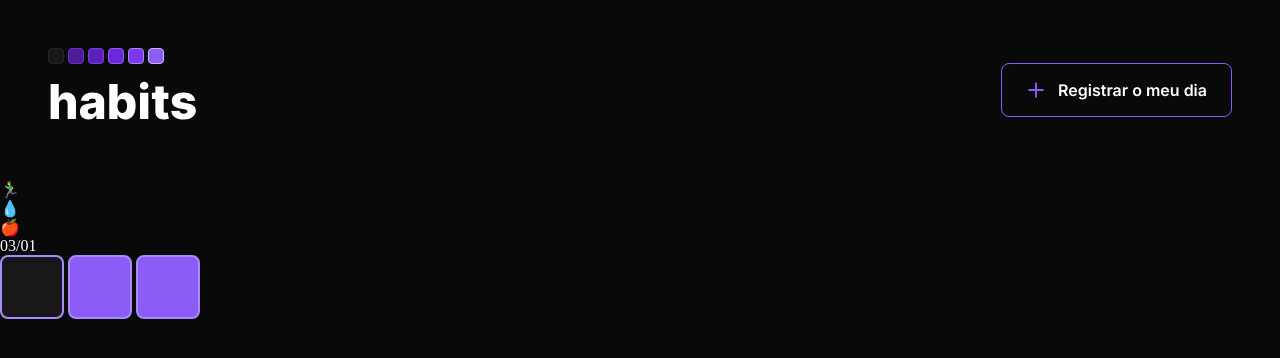
Repository: AntonyCosta/nlw-setup
Page: index.html
An editor plug-in stored every save of this project. The page is shown before and after the next save, followed by the edit.
The browser window is 1280 px wide. The pictures show the whole page.

Above is the page before, as saved 2023-01-18 03:47:17.

### index.html
<!DOCTYPE html>
<html lang="pt-br">
  <head>
    <meta charset="UTF-8" />
    <meta http-equiv="X-UA-Compatible" content="IE=edge" />
    <meta name="viewport" content="width=device-width, initial-scale=1.0" />
    <link rel="preconnect" href="https://fonts.googleapis.com" />
    <link rel="preconnect" href="https://fonts.gstatic.com" crossorigin />
    <link
      href="https://fonts.googleapis.com/css2?family=Inter:wght@600&display=swap"
      rel="stylesheet"
    />
    <link rel="stylesheet" href="style.css" />
    <title>Habits</title>
  </head>
  <body>
    <header>
      <img src="./assets/logo.svg" alt="" />
      <button>
        <img src="./assets/plus.svg" alt="" />
        Registrar o meu dia
      </button>
    </header>

    <form>
      <div class="habits">
        <div class="habit">🏃‍♂️</div>
        <div class="habit">💧</div>
        <div class="habit">🍎</div>
      </div>

      <div class="days">
        <div class="day">
          <div>03/01</div>
          <input type="checkbox" />
          <input type="checkbox" checked />
          <input type="checkbox" checked />
        </div>
      </div>

    </form>

  </body>
</html>

### style.css
* {
  margin: 0;
  padding: 0;
  box-sizing: border-box;
}

body {
  background-color: #09090a;
  color: white;

  /* display: grid;
  place-items: center; */

  height: 100vh;
}

header {
  display: flex;
  align-items: center;
  justify-content: space-between;

  padding: 48px;
}

button {
  padding: 16px 24px;
  border: 1px solid #8b5cf6;
  border-radius: 8px;
  background: transparent;
  color: #ffffff;

  display: flex;
  align-items: center;
  gap: 12px;

  font-family: "Inter", arial, sans-serif;
  font-weight: 600;
  font-size: 16px;
  line-height: 125%;
}

input {
  appearance: none;
  -webkit-appearance: none;

  width: 64px;
  height: 64px;

  border: 2px solid #a78bfa;
  border-radius: 8px;

  background: #18181b;
}

input:checked {
  background: #8b5cf6;
  border: 2px solid #a78bfa;
}

After the next save:
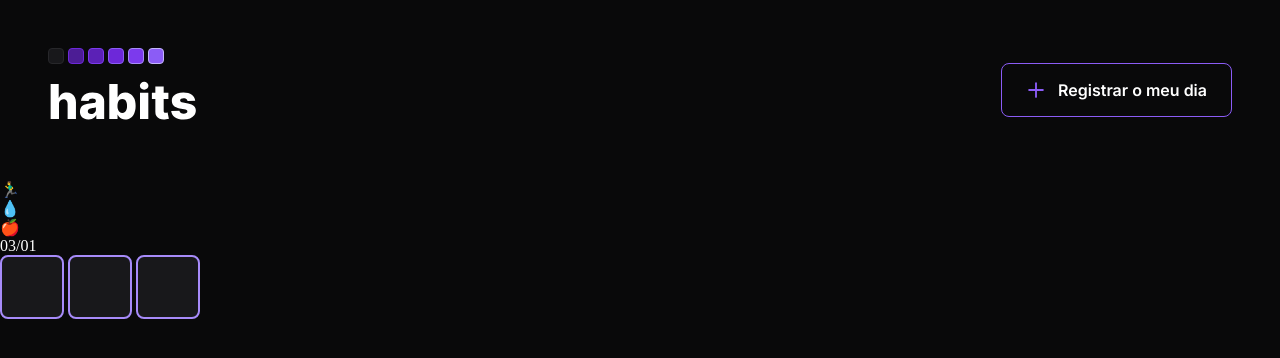
Saved 5 s later.
--- a/index.html
+++ b/index.html
@@ -33,8 +33,8 @@
         <div class="day">
           <div>03/01</div>
           <input type="checkbox" />
-          <input type="checkbox" checked />
-          <input type="checkbox" checked />
+          <input type="checkbox" />
+          <input type="checkbox" />
         </div>
       </div>
 
